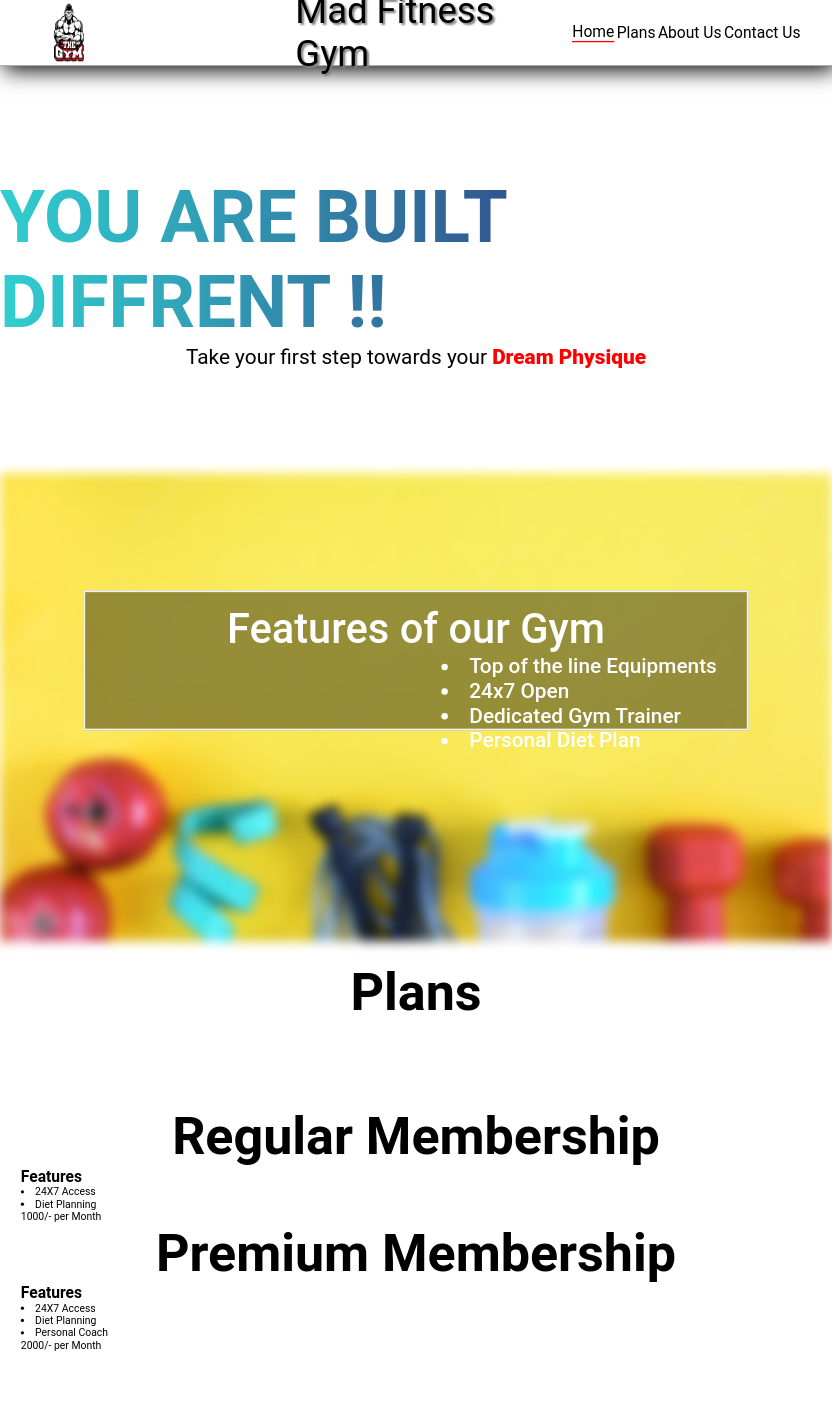
Repository: kapil4457/Doker-Web-Project-1
Page: / (app in frontend/)
The author's editor kept a copy of each file at every save. The page is drawn from the files as they stood at one save, then again after the next save.
The browser window is 1280 px wide. The pictures show the whole page, at 65% of full size.
The project was rebuilt for these pictures with package versions that can differ from the ones it lists, and the page was loaded fresh each time.

Above is the page before, as saved 2022-06-15 10:36:41.

After the next save:
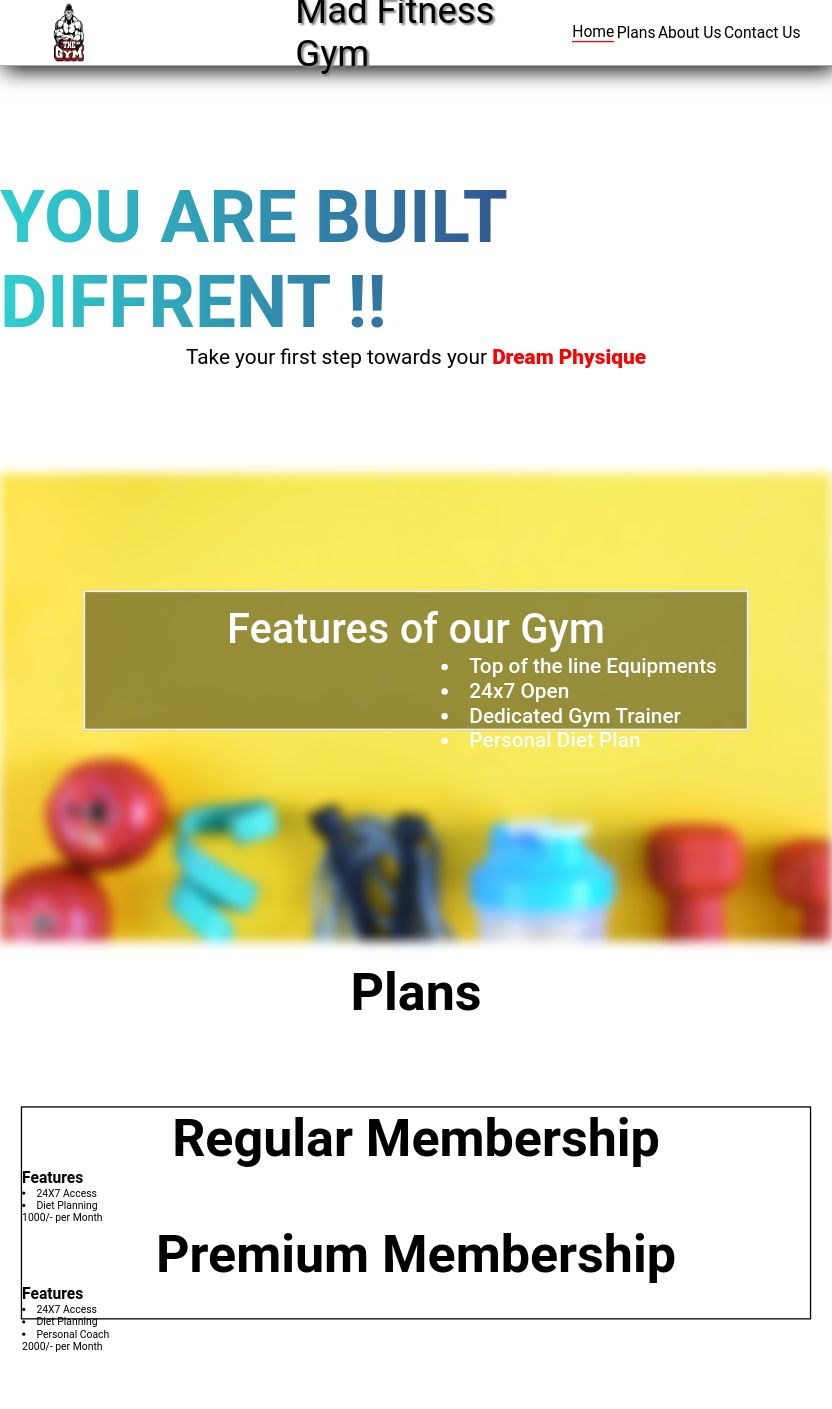
Saved 39 s later.
--- a/frontend/src/components/pricing.jsx
+++ b/frontend/src/components/pricing.jsx
@@ -30,6 +30,10 @@
 };
 
 export default Pricing;
-const Container = styled.div``;
+const Container = styled.div`
+  width: 100%;
+  height: 50%;
+  border: 2px solid black;
+`;
 const Regular = styled.div``;
 const Coach = styled.div``;
